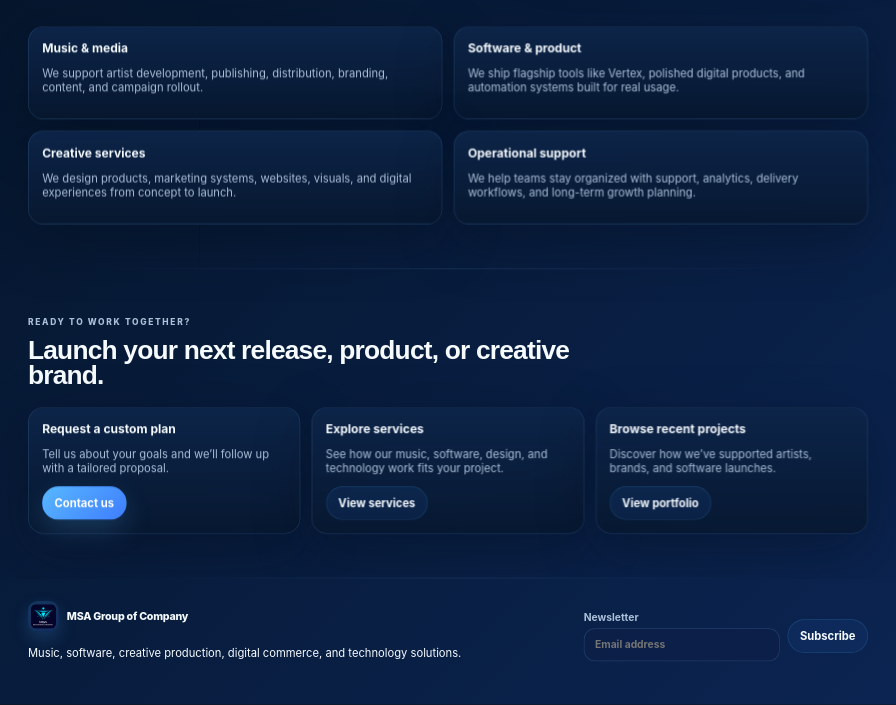
Repository: wifiasert/MSA-Group-of-Company
Page: about/index.html
These files come from the project's save history. The page is drawn as it stood at one moment and after the next save; the edit follows.
The browser window is 1280 px wide. The pictures show the part of the page from y = 861 to 2781 px (the page is 1868 px tall before and 2781 px after), at 70% of full size.

Above is the page before, as saved 2026-07-18 03:11:07.

After the next save:
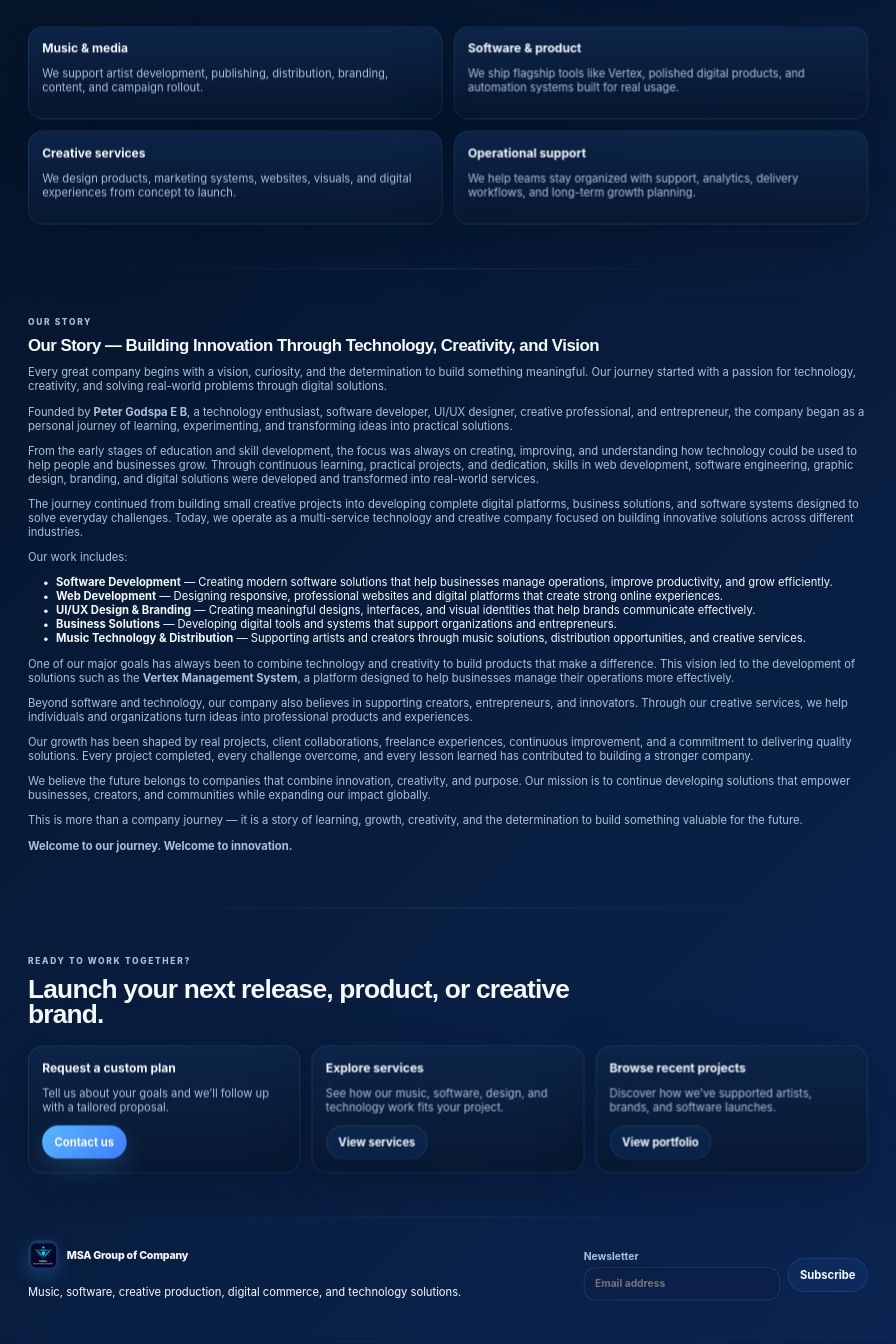
Saved 31 min 22 s later.
--- a/about/index.html
+++ b/about/index.html
@@ -338,6 +338,32 @@
       </div>
     </section>
     <section class="section reveal">
+      <div class="story-panel">
+        <p class="eyebrow">Our Story</p>
+        <h2>Our Story — Building Innovation Through Technology, Creativity, and Vision</h2>
+        <p>Every great company begins with a vision, curiosity, and the determination to build something meaningful. Our journey started with a passion for technology, creativity, and solving real-world problems through digital solutions.</p>
+        <p>Founded by <strong>Peter Godspa E B</strong>, a technology enthusiast, software developer, UI/UX designer, creative professional, and entrepreneur, the company began as a personal journey of learning, experimenting, and transforming ideas into practical solutions.</p>
+        <p>From the early stages of education and skill development, the focus was always on creating, improving, and understanding how technology could be used to help people and businesses grow. Through continuous learning, practical projects, and dedication, skills in web development, software engineering, graphic design, branding, and digital solutions were developed and transformed into real-world services.</p>
+        <p>The journey continued from building small creative projects into developing complete digital platforms, business solutions, and software systems designed to solve everyday challenges. Today, we operate as a multi-service technology and creative company focused on building innovative solutions across different industries.</p>
+        <div class="list-block">
+          <p>Our work includes:</p>
+          <ul>
+            <li><strong>Software Development</strong> — Creating modern software solutions that help businesses manage operations, improve productivity, and grow efficiently.</li>
+            <li><strong>Web Development</strong> — Designing responsive, professional websites and digital platforms that create strong online experiences.</li>
+            <li><strong>UI/UX Design &amp; Branding</strong> — Creating meaningful designs, interfaces, and visual identities that help brands communicate effectively.</li>
+            <li><strong>Business Solutions</strong> — Developing digital tools and systems that support organizations and entrepreneurs.</li>
+            <li><strong>Music Technology &amp; Distribution</strong> — Supporting artists and creators through music solutions, distribution opportunities, and creative services.</li>
+          </ul>
+        </div>
+        <p>One of our major goals has always been to combine technology and creativity to build products that make a difference. This vision led to the development of solutions such as the <strong>Vertex Management System</strong>, a platform designed to help businesses manage their operations more effectively.</p>
+        <p>Beyond software and technology, our company also believes in supporting creators, entrepreneurs, and innovators. Through our creative services, we help individuals and organizations turn ideas into professional products and experiences.</p>
+        <p>Our growth has been shaped by real projects, client collaborations, freelance experiences, continuous improvement, and a commitment to delivering quality solutions. Every project completed, every challenge overcome, and every lesson learned has contributed to building a stronger company.</p>
+        <p>We believe the future belongs to companies that combine innovation, creativity, and purpose. Our mission is to continue developing solutions that empower businesses, creators, and communities while expanding our impact globally.</p>
+        <p>This is more than a company journey — it is a story of learning, growth, creativity, and the determination to build something valuable for the future.</p>
+        <p><strong>Welcome to our journey. Welcome to innovation.</strong></p>
+      </div>
+    </section>
+    <section class="section reveal">
       <div class="section-heading">
         <p class="eyebrow">Ready to work together?</p>
         <h2>Launch your next release, product, or creative brand.</h2>
